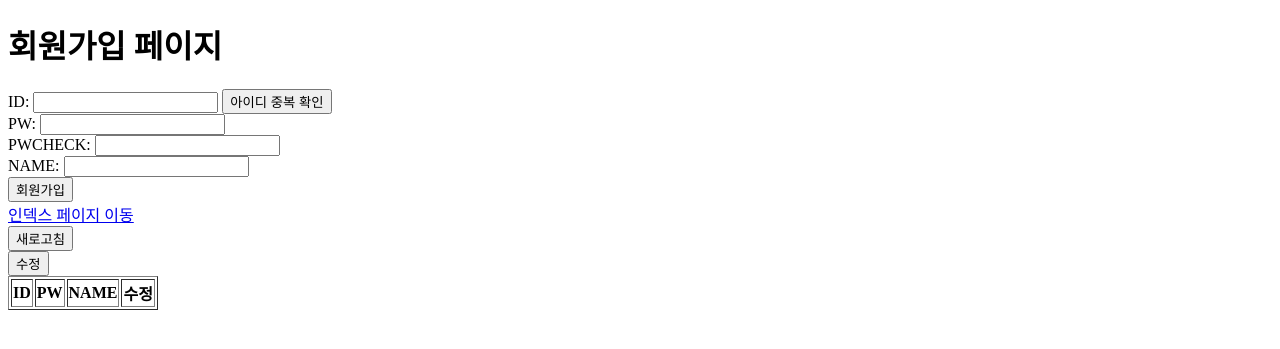
Repository: smallomg/bg-spring
Page: http://localhost/demo4-1/WEB-INF/views/signup.jsp
An editor plug-in stored every save of this project. The page is shown before and after the next save, followed by the edit.
The browser window is 1280 px wide. The pictures show the whole page.
The page is served by Tomcat 9. Nobody is signed in. The template is opened directly, without the code that normally fills it, so the values that code supplies are empty.

Above is the page before, as saved 2025-05-08 03:03:57.
Console error: SyntaxError: Invalid left-hand side in assignment

After the next save:
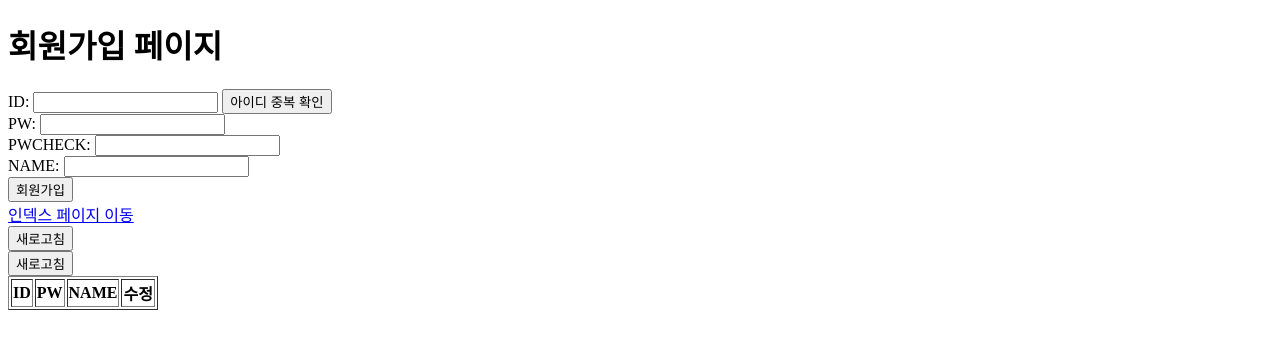
The error is gone.
Saved 37 s later.
--- a/ldy_spring/demo4-1/src/main/webapp/WEB-INF/views/signup.jsp
+++ b/ldy_spring/demo4-1/src/main/webapp/WEB-INF/views/signup.jsp
@@ -24,7 +24,6 @@
 
 	<button type="button" onclick="selectAll()">새로고침</button>
 	<br>
-	<button type="button" onclick="update()">수정</button>
 	<table border="1">
 		<thead>
 			<tr>
@@ -35,7 +34,7 @@
 			</tr>
 		</thead>
 		<tbody id="tbody">
-
+		<button type="button" onclick="selectAll()">새로고침</button>
 		</tbody>
 	</table>
 	<script>
@@ -44,7 +43,6 @@
 			xhr.onload = function() {
 				const list = JSON.parse(xhr.responseText);
 				let html = "";
-				let button = "" =""
 				for (let i = 0; i < list.length; i++) {
 					html += "<tr>"+
 					"<td>" + list[i].id + "</td>" +
